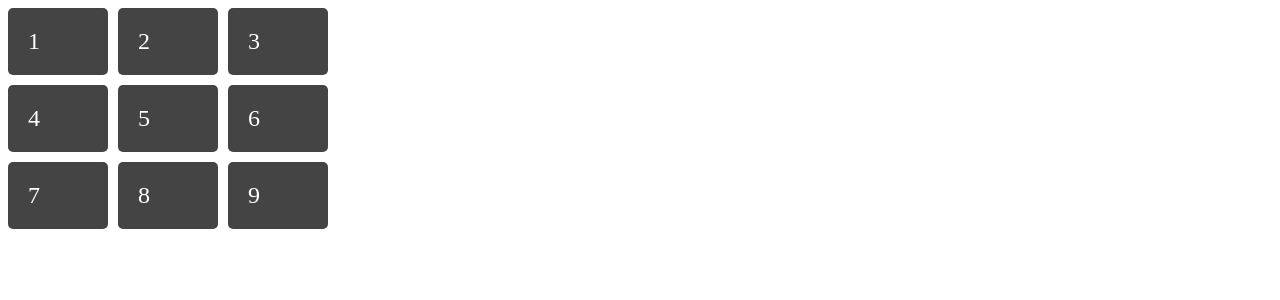
Repository: robinrob/css
Page: practice/css_grid_pretty.html
The author's editor kept a copy of each file at every save. The page is drawn from the files as they stood at one save, then again after a run of saves.
The browser window is 1280 px wide. The pictures show the whole page.

Above is the page before, as saved 2018-08-18 16:44:17.

### practice/css_grid_pretty.html
<!doctype html>
<html>
<head>
  <meta http-equiv="content-type" content="text/html; charset=UTF-8">
  <meta name="viewport" content="width=device-width, initial-scale=1.0">
  <title>css_grid_pretty</title>

  <style type='text/css'>
    .grid-container {
      display: grid;
      grid-template-columns: 100px 100px 100px;
      grid-gap: 10px;
      background-color: #fff;
      color: #444;
    }
    .grid-item {
      background-color: #444;
      color: #fff;
      border-radius: 5px;
      padding: 20px;
      font-size: 150%;
    }
  </style>

</head>
<body>
  <div class="grid-container">
    <div class="grid-item">1</div>
    <div class="grid-item">2</div>
    <div class="grid-item">3</div>
    <div class="grid-item">4</div>
    <div class="grid-item">5</div>
    <div class="grid-item">6</div>
    <div class="grid-item">7</div>
    <div class="grid-item">8</div>
    <div class="grid-item">9</div>
  </div>
</body>
</html>

After the next 3 saves:
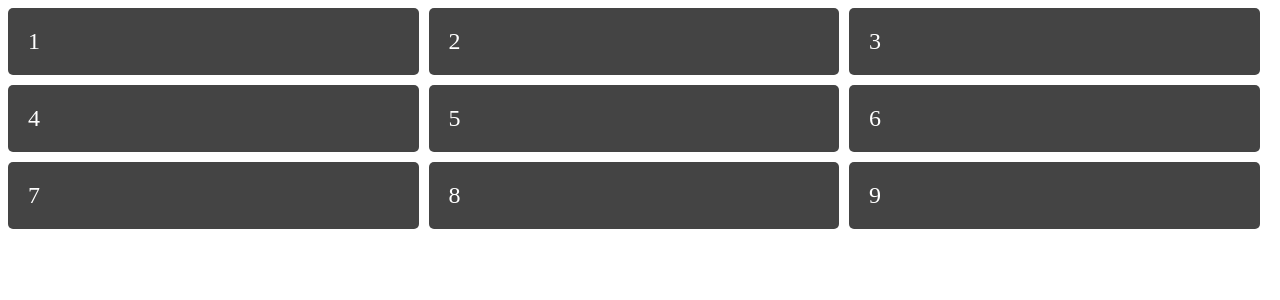
The 3 saves are shown as one change because they came seconds apart.
The last was saved 3 min 10 s later.
--- a/practice/css_grid_pretty.html
+++ b/practice/css_grid_pretty.html
@@ -8,7 +8,7 @@
   <style type='text/css'>
     .grid-container {
       display: grid;
-      grid-template-columns: 100px 100px 100px;
+      grid-template-columns: repeat(3, 0.33fr);
       grid-gap: 10px;
       background-color: #fff;
       color: #444;
